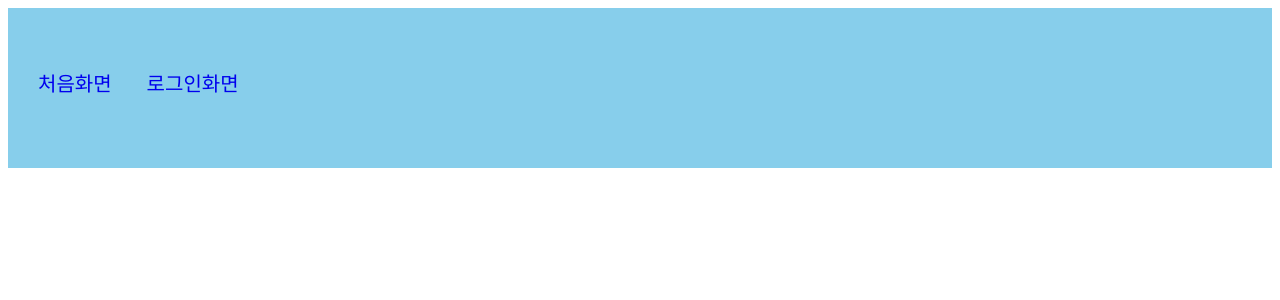
Repository: golddrone7/front
Page: http://localhost/bookproject2/login/loginOk.jsp
These files come from the project's save history. The page is drawn as it stood at one moment and after the next save; the edit follows.
The browser window is 1280 px wide. The pictures show the whole page.
The page is served by Tomcat 9.

Above is the page before, as saved 2023-02-24 02:11:15.

After the next save:
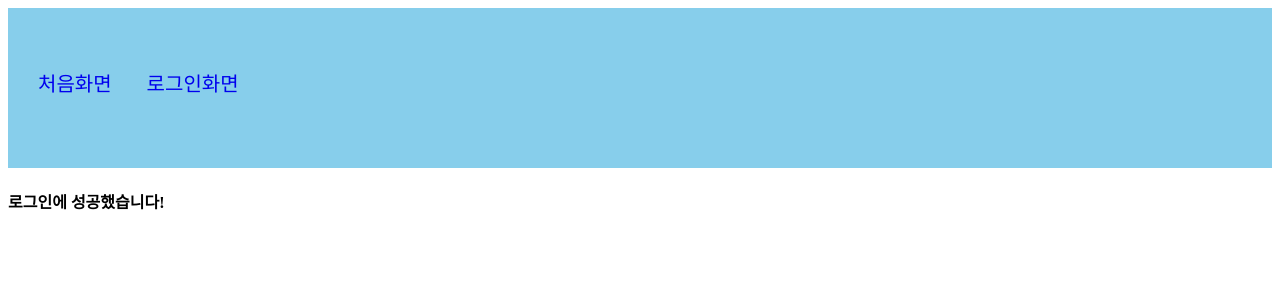
Saved 10 s later.
--- a/bookproject2/web/login/loginOk.jsp
+++ b/bookproject2/web/login/loginOk.jsp
@@ -1,6 +1,8 @@
 <%@ page language="java" contentType="text/html; charset=UTF-8"
     pageEncoding="UTF-8"%>
 <%@ include file="../menu.jsp" %>
+<h4>로그인에 성공했습니다!</h4>
+
 
 </body>
 </html>
